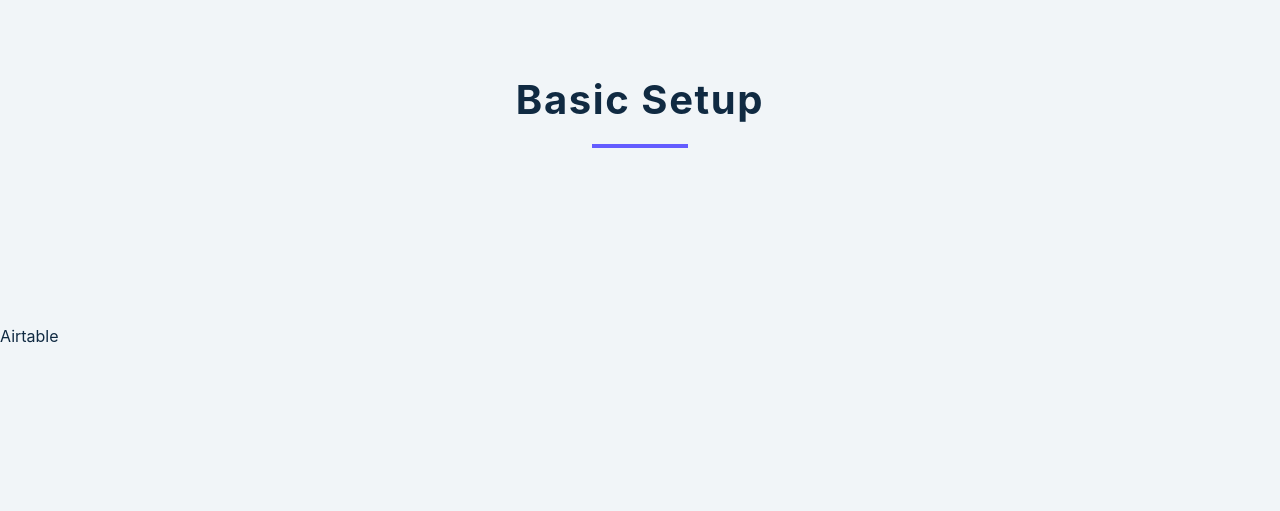
Repository: MateuszWorek/serverless-func-react
Page: /
The author's editor kept a copy of each file at every save. The page is drawn from the files as they stood at one save, then again after the next save.
The browser window is 1280 px wide. The pictures show the whole page.
The page's requests for data from a server got no answer. The project was rebuilt for these pictures with package versions that can differ from the ones it lists, and the page was loaded fresh each time. No one was signed in, and anything a server would have sent is missing.

Above is the page before, as saved 2023-03-08 18:50:28.

### public/index.html
<!DOCTYPE html>
<html lang="en">
  <head>
    <meta charset="utf-8" />
    <link rel="icon" href="%PUBLIC_URL%/favicon.ico" />
    <meta name="viewport" content="width=device-width, initial-scale=1" />
    <meta name="theme-color" content="#000000" />
    <meta
      name="description"
      content="Web site created using create-react-app"
    />
    <link rel="apple-touch-icon" href="%PUBLIC_URL%/logo192.png" />
    <!--
      manifest.json provides metadata used when your web app is installed on a
      user's mobile device or desktop. See https://developers.google.com/web/fundamentals/web-app-manifest/
    -->
    <link rel="manifest" href="%PUBLIC_URL%/manifest.json" />
    <!--
      Notice the use of %PUBLIC_URL% in the tags above.
      It will be replaced with the URL of the `public` folder during the build.
      Only files inside the `public` folder can be referenced from the HTML.

      Unlike "/favicon.ico" or "favicon.ico", "%PUBLIC_URL%/favicon.ico" will
      work correctly both with client-side routing and a non-root public URL.
      Learn how to configure a non-root public URL by running `npm run build`.
    -->
    <title>Serverless and React</title>
  </head>
  <body>
    <noscript>You need to enable JavaScript to run this app.</noscript>
    <div id="root"></div>
    <!--
      This HTML file is a template.
      If you open it directly in the browser, you will see an empty page.

      You can add webfonts, meta tags, or analytics to this file.
      The build step will place the bundled scripts into the <body> tag.

      To begin the development, run `npm start` or `yarn start`.
      To create a production bundle, use `npm run build` or `yarn build`.
    -->
  </body>
</html>

### src/App.js
import Basic from './Basic';
import Airtable from './Airtable';

function App() {
  return (
    <>
      <Basic />
      <Airtable />
    </>
  );
}

export default App;

### src/Basic.js
import React, { useEffect, useState } from 'react';
import axios from 'axios';
const url = 'https://temp-serverless-func-01.netlify.app/api/2-basic-api';

const Basic = () => {
  const [products, setProducts] = useState([]);
  const fetchData = async () => {
    try {
      const { data } = await axios.get(url);
      console.log(data);
      setProducts(data);
    } catch (error) {}
  };
  useEffect(() => {
    fetchData();
  }, []);

  return (
    <section className='section section-center'>
      <div className='title'>
        <h2>Basic setup</h2>
        <div className='title-underline'></div>
      </div>
      <div className='products'>
        {products.map((product) => {
          const {
            id,
            image: { url },
            name,
            price,
          } = product;
          return (
            <article className='product' key={id}>
              <img src={url} alt={name} />
              <div className='info' alt={name}>
                <h5>{name}</h5>
                <h5 className='price'>${price}</h5>
              </div>
            </article>
          );
        })}
      </div>
    </section>
  );
};

export default Basic;

### src/Airtable.js
import React, { useEffect, useState } from 'react';
import axios from 'axios';

const url = '/api/products';

const Airtable = () => {
  const [products, setProducts] = useState([]);
  const fetchData = async () => {
    try {
      const { data } = await axios.get(url);
      setProducts(data);
    } catch (error) {}
  };
  useEffect(() => {
    fetchData();
  }, []);
  return <div>Airtable</div>;
};

export default Airtable;

Loaded but not shown: src/index.js (common file); src/index.css (common file)

After the next save:
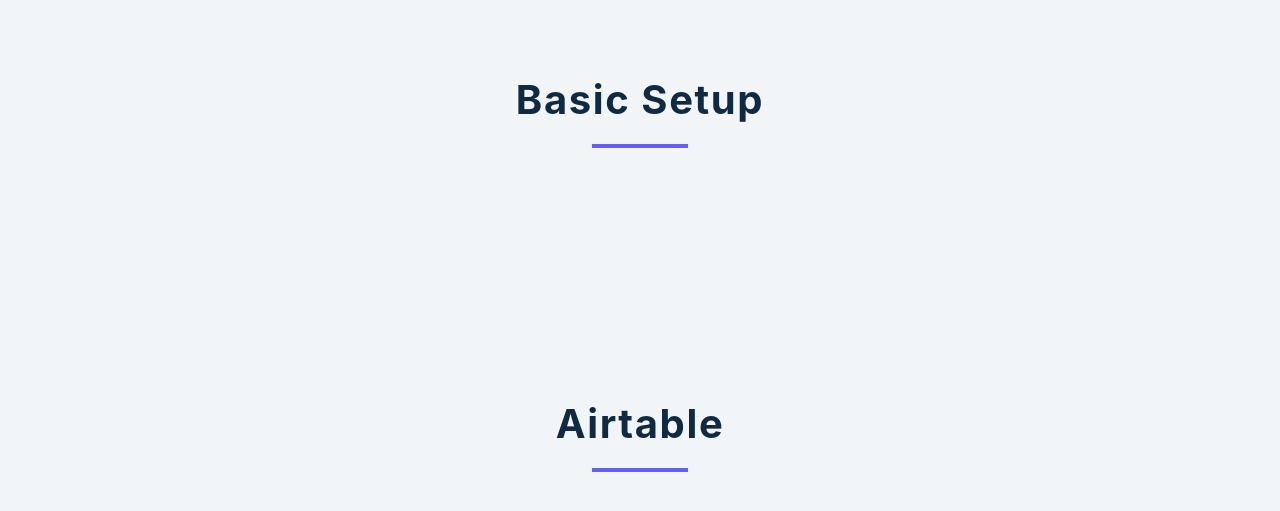
Saved 64 min 40 s later.
--- a/src/Airtable.js
+++ b/src/Airtable.js
@@ -14,7 +14,28 @@
   useEffect(() => {
     fetchData();
   }, []);
-  return <div>Airtable</div>;
+  return (
+    <section className='section section-center'>
+      <div className='title'>
+        <h2>Airtable</h2>
+        <div className='title-underline'></div>
+      </div>
+      <div className='products'>
+        {products.map((product) => {
+          const { id, url, price, name } = product;
+          return (
+            <article className='product' key={id}>
+              <img src={url} alt={name} />
+              <div className='info'>
+                <h5>{name}</h5>
+                <h5 className='price'>${price}</h5>
+              </div>
+            </article>
+          );
+        })}
+      </div>
+    </section>
+  );
 };
 
 export default Airtable;
